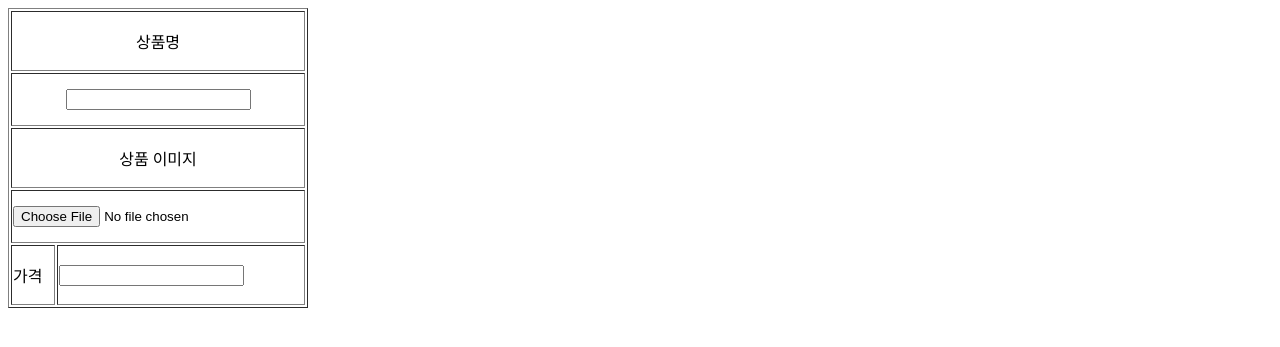
Repository: gunvv00/Java_practice
Page: html_work/html01/WebContent/goods.html
An editor plug-in stored every save of this project. The page is shown before and after the next save, followed by the edit.
The browser window is 1280 px wide. The pictures show the whole page.

Above is the page before, as saved 2020-01-02 07:29:58.

### html_work/html01/WebContent/goods.html
<!DOCTYPE html>
<html>
<head>
<meta charset="UTF-8">
<title>상품등록</title>
</head>
<body>
<form action = "good.jsp" method = "post">
	<TABLE Border = 1 height = 300 width = 300 >
		<tr>
			<td align = "center" colspan = "2">상품명</td>
		</tr>
		<tr>
			<td align = "center" colspan = "2"><input type = "product" name="" value = "" ></td>
		</tr>
		<tr>
			<td align = "center" colspan = "2">상품 이미지</td>
		</tr>
		<tr>
			<td colspan = "2"><input type='file' name='file' value ="" /></td>
		</tr>
		<tr>
			<td>가격</td>
			<td><input type = "price" name="" value = "" ></td>
		</tr>


</body>
</html>

After the next save:
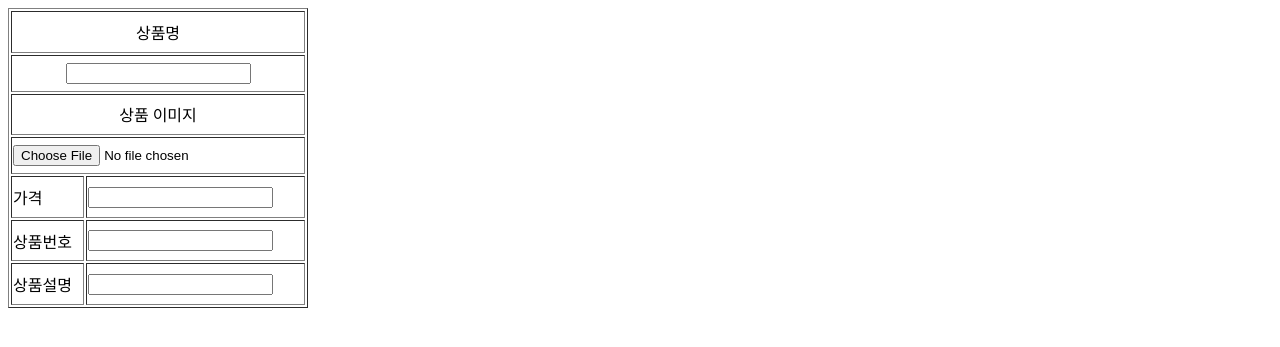
Saved 105 s later.
--- a/html_work/html01/WebContent/goods.html
+++ b/html_work/html01/WebContent/goods.html
@@ -23,6 +23,15 @@
 			<td>가격</td>
 			<td><input type = "price" name="" value = "" ></td>
 		</tr>
+		<tr>
+			<td>상품번호</td>
+			<td><input type = "produtNumber" name="" value = "" ></td>
+		</tr>
+		<tr>
+			<td>상품설명</td>
+			<td><input type = "explain" name="" value = "" ></td>
+		</tr>
+
 
 
 </body>
